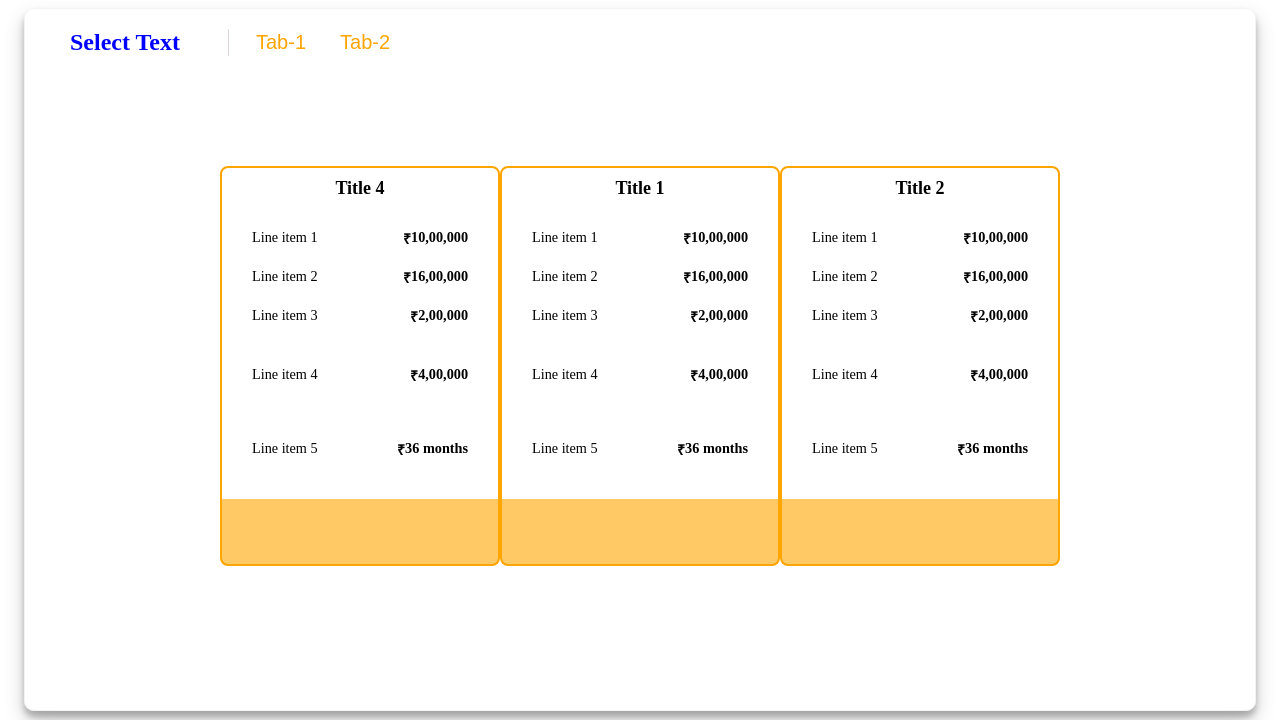
Repository: Adityanarayan-tiwari/Cardbox
Page: index.html
An editor plug-in stored every save of this project. The page is shown before and after the next save, followed by the edit.
The browser window is 1280 px wide. The pictures show the whole page.

Above is the page before, as saved 2020-07-25 14:58:28.

After the next save:
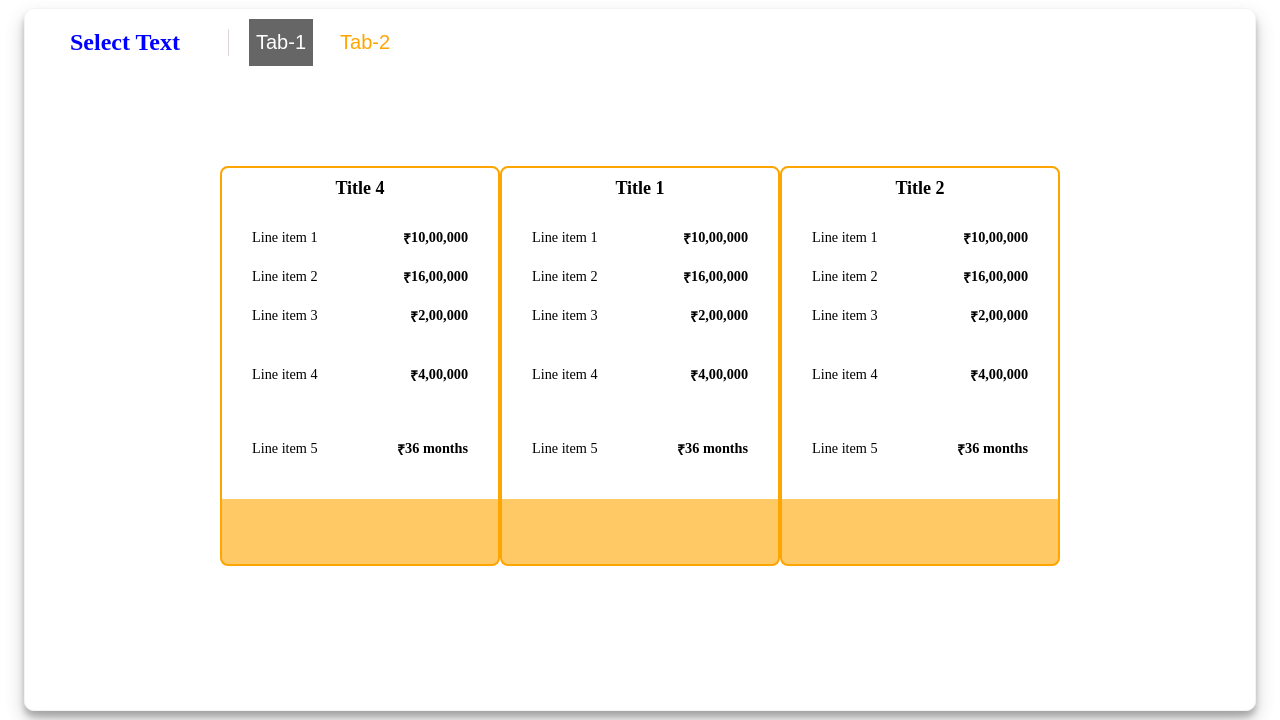
Saved 5 s later.
--- a/index.html
+++ b/index.html
@@ -15,7 +15,7 @@
     <div class="page-wrapper">
         <div class="page-heading" id="myDIV">
             <h2>Select Text</h2>
-            <button class="prev btn">Tab-1</button>
+            <button class="prev btn btnactive">Tab-1</button>
             <button class="next btn">Tab-2</button>
         </div>
 

After the 2 saves that followed:
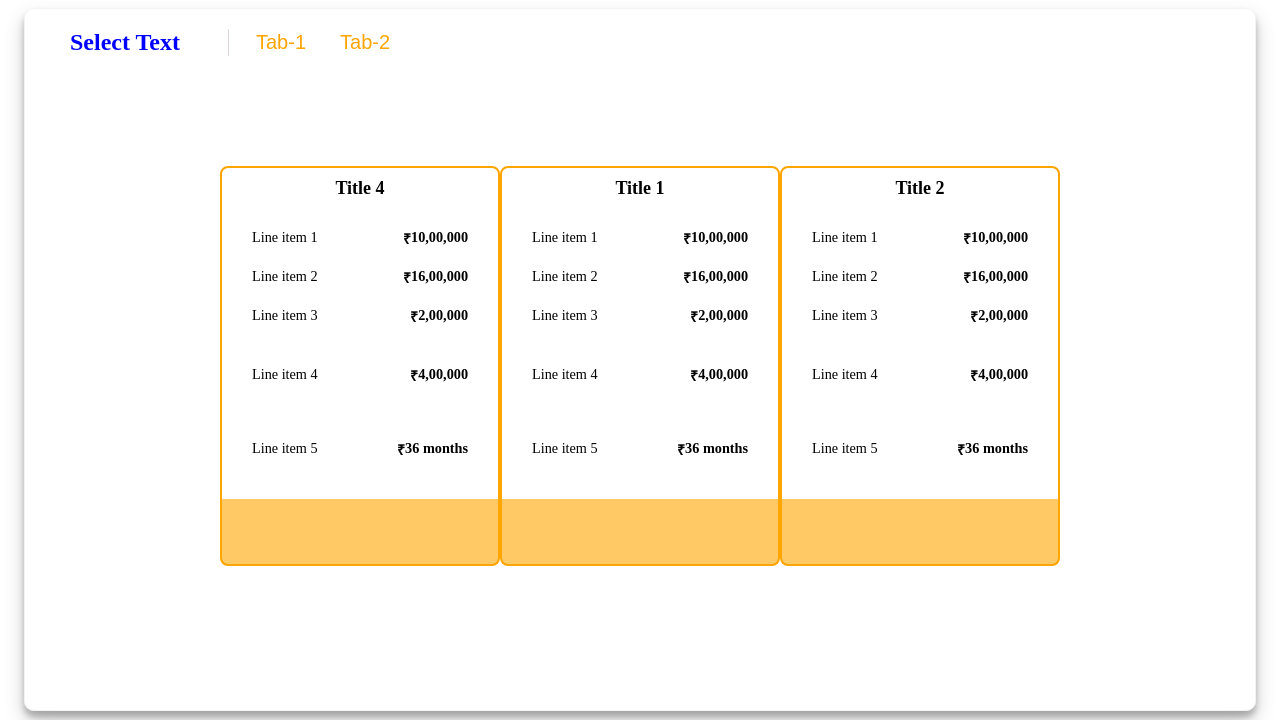
The 2 saves are shown as one change because 1 left the picture as it was.
The last was saved 52 s later.
--- a/index.html
+++ b/index.html
@@ -16,7 +16,7 @@
         <div class="page-heading" id="myDIV">
             <h2>Select Text</h2>
             <button class="prev btn btnactive">Tab-1</button>
-            <button class="next btn">Tab-2</button>
+            <button class="next btn btnactive">Tab-2</button>
         </div>
 
         <!-- Card Slider -->
--- a/index.css
+++ b/index.css
@@ -183,6 +183,5 @@
 
 
 .btnactive, .btn:hover {
-    background-color: #666;
-    color: white;
+    tex
   }
